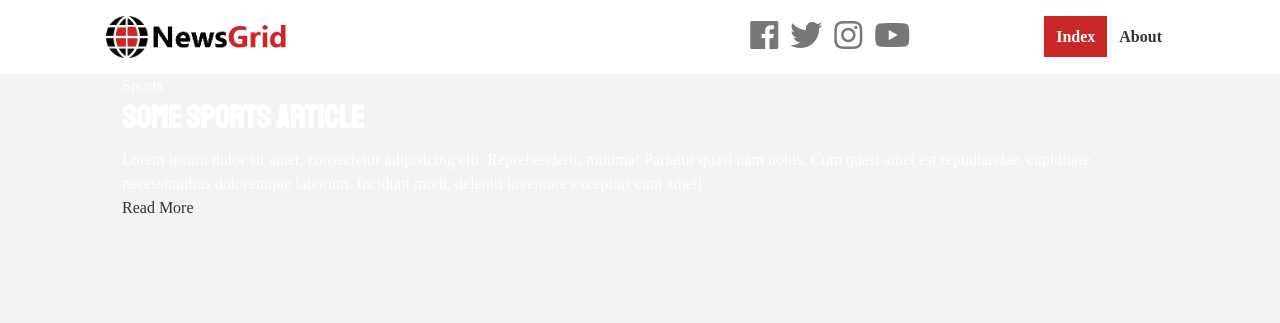
Repository: minhtien9/newsgrid
Page: index.html
An editor plug-in stored every save of this project. The page is shown before and after the next save, followed by the edit.
The browser window is 1280 px wide. The pictures show the whole page.
Some web libraries are served in a nearby version.

Above is the page before, as saved 2021-08-24 22:16:06.

### index.html
<!DOCTYPE html>
<html lang="en">

<head>
    <meta charset="UTF-8" />
    <meta name="viewport" content="width=device-width, initial-scale=1.0" />
    <meta http-equiv="X-UA-Compatible" content="ie=edge" />
    <link rel="stylesheet" href="https://use.fontawesome.com/releases/v5.6.3/css/all.css" integrity="sha384-UHRtZLI+pbxtHCWp1t77Bi1L4ZtiqrqD80Kn4Z8NTSRyMA2Fd33n5dQ8lWUE00s/" crossorigin="anonymous" />
    <link href="https://fonts.googleapis.com/css2?family=Lato&family=Staatliches&display=swap" rel="stylesheet" />
    <link rel="stylesheet" href="css/style.css" />
    <link rel="stylesheet" media="screen and (max-width: 768px)" href="css/mobile.css" />
    <link rel="shortcut icon" type="image/x-icon" href="favicon.ico" />
    <title>NewsGrid | Latest News</title>
</head>

<body>
    <nav id="main-nav">
        <div class="container">
            <img src="img/logo.png" alt="NewsGrid" class="logo" />
            <div class="social">
                <a href="http://facebook.com" target="_blank"><i class="fab fa-facebook fa-2x"></i
          ></a>
                <a href="http://twitter.com" target="_blank"><i class="fab fa-twitter fa-2x"></i
          ></a>
                <a href="http://instagram.com" target="_blank"><i class="fab fa-instagram fa-2x"></i
          ></a>
                <a href="http://youtube.com" target="_blank"><i class="fab fa-youtube fa-2x"></i
          ></a>
            </div>
            <ul>
                <li><a class="current" href="index.html">Index</a></li>
                <li><a href="about.html">About</a></li>
            </ul>
        </div>
    </nav>

    <!-- Showcase -->
    <header id="showcase">
        <div class="container">
            <div class="showcase-container">
                <div class="showcase-content">
                    <div class="categogy catogory-sports">Sports</div>
                    <h1>Some Sports Article</h1>
                    <p>
                        Lorem ipsum dolor sit amet, consectetur adipisicing elit. Reprehenderit, minima! Pariatur quasi nam nobis. Cum quasi amet est repudiandae, cupiditate necessitatibus doloremque laborum. Incidunt modi, deleniti inventore excepturi cum amet!
                    </p>
                    <a href="article.html" class="btn btn-primar">Read More</a>
                </div>
            </div>
        </div>
    </header>
</body>

</html>

### css/style.css
:root {
    --primary-color: #c72727;
    --secondary-color: #f99500;
    --light-color: #f3f3f3;
    --dark-color: #333;
    --max-width: 1100px;
}

.category {
    --sports-color: #f99500;
    --ent-color: #a66bbe;
    --tech-color: #009cff;
}

* {
    margin: 0;
    padding: 0;
    box-sizing: border-box;
}

body {
    font-family: 'Lato' sans-serif;
    line-height: 1.5;
    background: var(--light-color);
}

a {
    color: #333;
    text-decoration: none;
}

ul {
    list-style: none;
}

img {
    width: 100%;
}

h1,
h2,
h3,
h4,
h5,
h6 {
    font-family: 'Staatliches', cursive;
    margin-bottom: 0.55rem;
    line-height: 1.3;
}


/* Utility */

.container {
    max-width: var(--max-width);
    margin: auto;
    padding: 0 2rem;
    overflow: hidden;
}


/* Navigation */

#main-nav {
    background: #fff;
    position: sticky;
    top: 0;
    z-index: 2;
}

#main-nav .container {
    display: grid;
    grid-template-columns: 6fr 3fr 2fr;
    padding: 1rem;
    align-items: center;
}

#main-nav .logo {
    width: 180px;
}

#main-nav ul {
    justify-self: end;
    display: flex;
}

#main-nav ul li a {
    padding: 0.75rem;
    font-weight: bold;
}

#main-nav ul li a.current {
    background: var(--primary-color);
    color: #fff;
}

#main-nav ul li a:hover {
    background: var(--light-color);
    color: var(--dark-color);
}

#main-nav .social {
    justify-self: center;
}

#main-nav .social i {
    color: #777;
    margin-right: 0.5rem;
}


/* Showcase */

#showcase {
    color: #fff;
}

Loaded but not shown: css/mobile.css (no stored copy; drawn as an empty file)

After the next save:
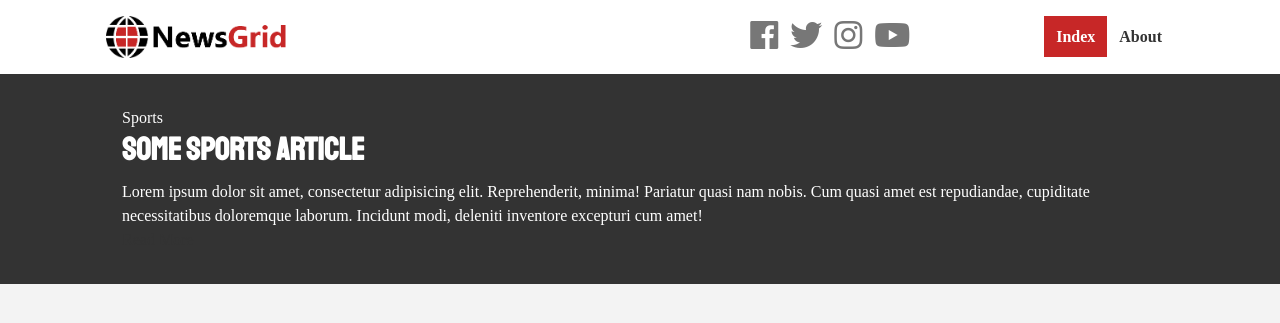
Saved 35 s later.
--- a/css/style.css
+++ b/css/style.css
@@ -113,4 +113,7 @@ h6 {
 
 #showcase {
     color: #fff;
+    background: #333;
+    padding: 2rem;
+    position: relative;
 }
